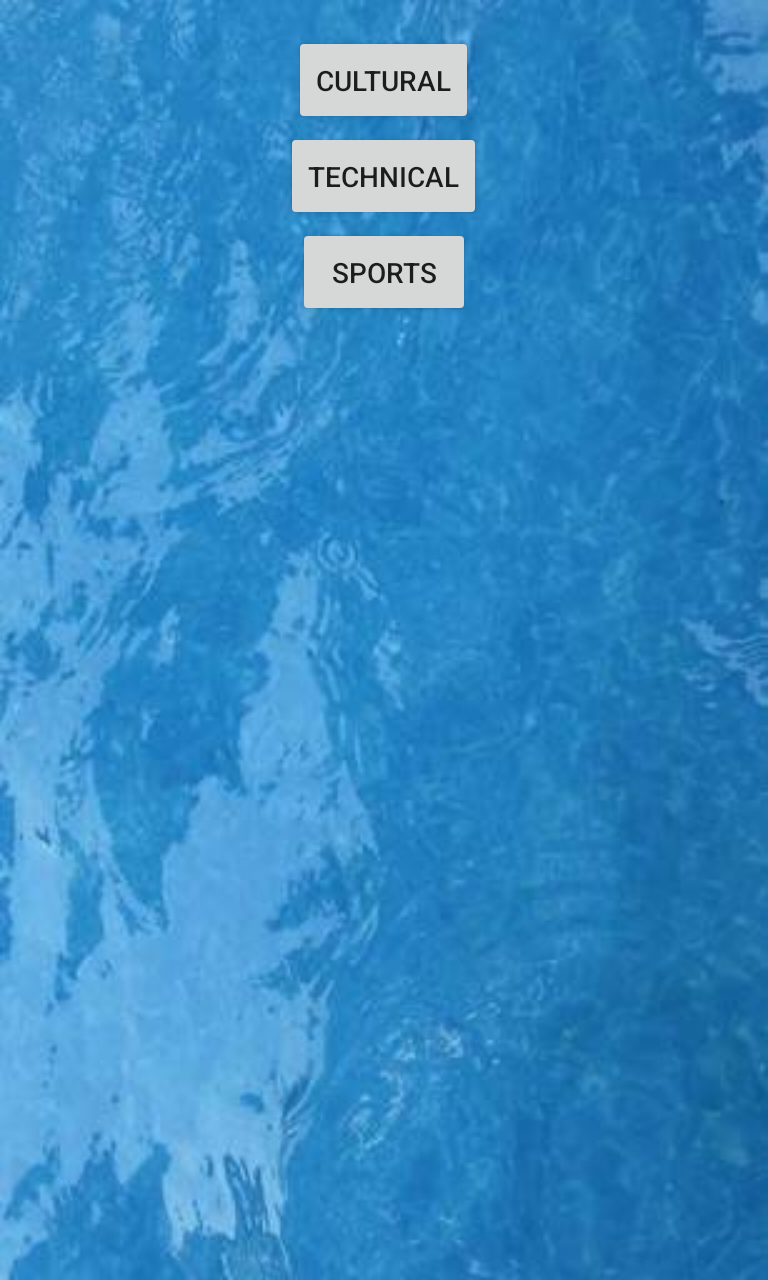
Repository: Attaphon1996/Engineering-Stuff
Layout: OSource/Android Play/Android_Projects/YASH15.0/res/layout/day4.xml
These files come from the project's save history. The layout is drawn as it stood at one moment and after the next save; the edit follows.
It is drawn on a 768 x 1280 px phone screen (xhdpi) without system bars, with theme AppTheme; the app's code is not run.

Above is the layout before, as saved 2015-02-10 08:50:15.

After the next save:
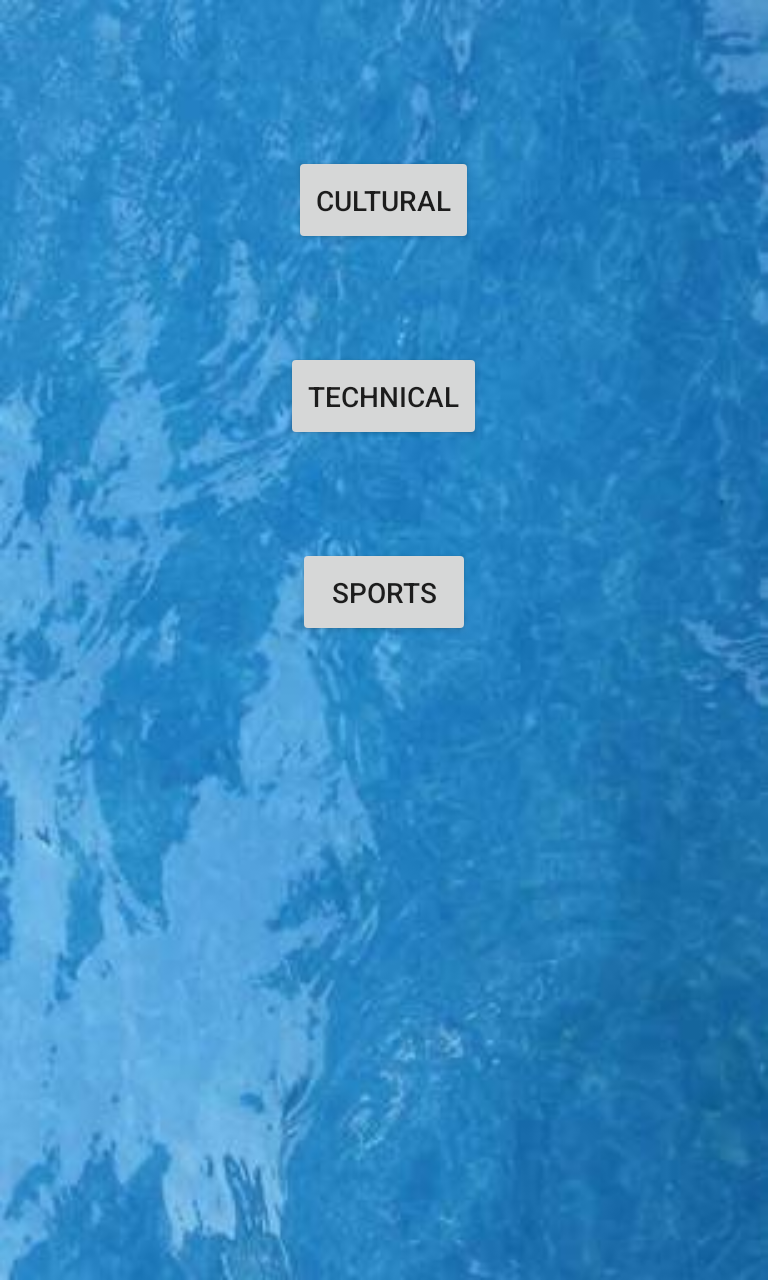
Saved 88 s later.
--- a/OSource/Android Play/Android_Projects/YASH15.0/res/layout/day4.xml
+++ b/OSource/Android Play/Android_Projects/YASH15.0/res/layout/day4.xml
@@ -14,20 +14,23 @@
         android:layout_width="wrap_content"
         android:layout_height="wrap_content"
         android:text="@string/cultural"
-        android:layout_gravity="center" />
+        android:layout_gravity="center"
+        android:layout_marginTop="60dp" />
 
     <Button
         android:id="@+id/day4_technical"
         android:layout_width="wrap_content"
         android:layout_height="wrap_content"
         android:text="@string/technical"
-        android:layout_gravity="center" />
+        android:layout_gravity="center"
+        android:layout_marginTop="50dp" />
 
     <Button
         android:id="@+id/day4_sports"
         android:layout_width="wrap_content"
         android:layout_height="wrap_content"
         android:text="@string/sports"
-        android:layout_gravity="center" />
+        android:layout_gravity="center"
+        android:layout_marginTop="50dp" />
 
 </LinearLayout>
